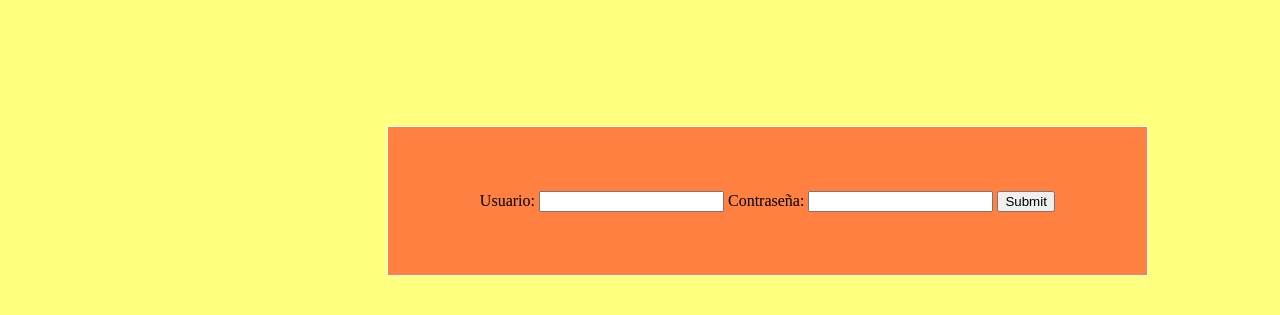
Repository: salvadorsobrino/Ejercicio5ServletJSP
Page: http://localhost/Ejercicio5/
An editor plug-in stored every save of this project. The page is shown before and after the next save, followed by the edit.
The browser window is 1280 px wide. The pictures show the whole page.
The page is served by Tomcat 9. Other server files are loaded and not shown.

Above is the page before, as saved 2022-03-11 09:50:39.

### Ejercicio5/src/main/webapp/index.html
<!DOCTYPE html>
<html>
<head>
<meta charset="UTF-8">
<link rel='stylesheet' type='text/css' media='screen' href='index.css'>
<title>Ejercicio5</title>
<link rel="icon" href="icono.png">
</head>
<body>
	<form id="formulario" action="Servlet" method="post">
	Usuario:
	<input type="text" name="usuario">
	Contraseña:
	<input type="password" name="contrasena">
	<input type="submit">

	</form>
</body>
</html>

### Ejercicio5/src/main/webapp/index.css
/* Hoja de estilo index */
h1{
	 color: orange;
}
body{
	background-color: rgb(255, 255, 128);
    background-size: cover;
}
#formulario{
	background-color: rgb(255, 128, 64);
	border-style: solid;
	border-width: thin;
	border-color: white;
	width: 50%;
	height: auto;
	margin-top: 10%;
	margin-left: 30%;
	text-align:center;
	padding: 5%;

}

After the next save:
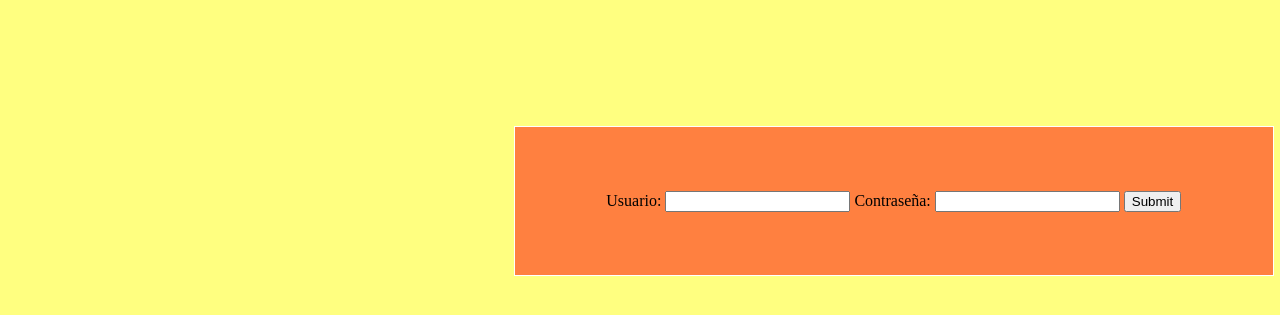
Saved 24 s later.
--- a/Ejercicio5/src/main/webapp/index.css
+++ b/Ejercicio5/src/main/webapp/index.css
@@ -14,7 +14,7 @@ body{
 	width: 50%;
 	height: auto;
 	margin-top: 10%;
-	margin-left: 30%;
+	margin-left: 40%;
 	text-align:center;
 	padding: 5%;
 
